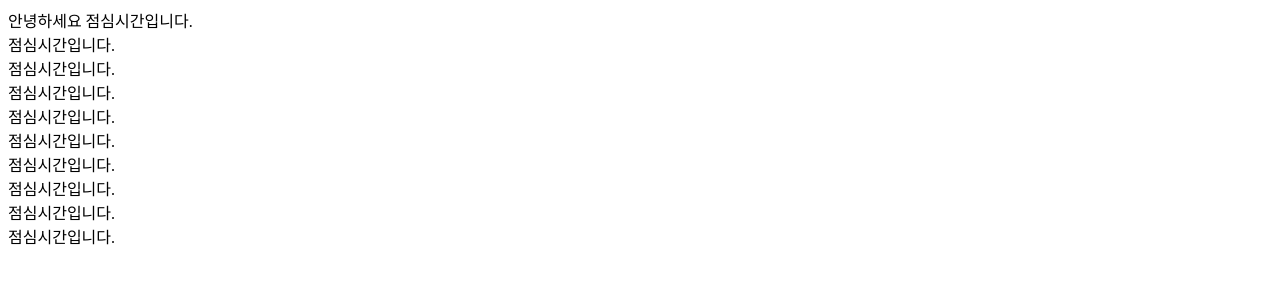
Repository: kdw1437/CreateBoardProject
Page: http://localhost/Model2-day1/JstlTest.jsp
An editor plug-in stored every save of this project. The page is shown before and after the next save, followed by the edit.
The browser window is 1280 px wide. The pictures show the whole page.
The page is served by Tomcat 9. Other server files are loaded and not shown.

Above is the page before, as saved 2024-08-10 14:21:06.

### Model2-day1/src/main/webapp/JstlTest.jsp
<%@ page language="java" contentType="text/html; charset=EUC-KR"
    pageEncoding="EUC-KR"%>
<%@ taglib prefix="c" uri = "http://java.sun.com/jsp/jstl/core"%>
<!DOCTYPE html>
<html>
<body>

<!-- 변수 선언하는 방법 -->
<c:set var="i" value="4" />

<!-- if문 사용법 -->
<c:if test="${ i > 3 }">


	안녕하세요
</c:if>

<!-- 반복문 for -->

<c:forEach var="i" begin="1" end="10" >

점심시간입니다. <br>

</c:forEach>

</body>
</html>

After the next save:
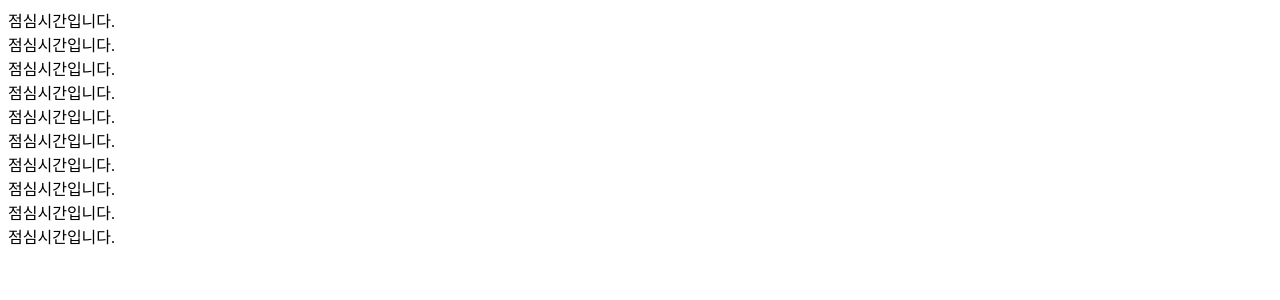
Saved 81 s later.
--- a/Model2-day1/src/main/webapp/JstlTest.jsp
+++ b/Model2-day1/src/main/webapp/JstlTest.jsp
@@ -6,7 +6,7 @@
 <body>
 
 <!-- 변수 선언하는 방법 -->
-<c:set var="i" value="4" />
+<c:set var="sum" value="0" />
 
 <!-- if문 사용법 -->
 <c:if test="${ i > 3 }">
